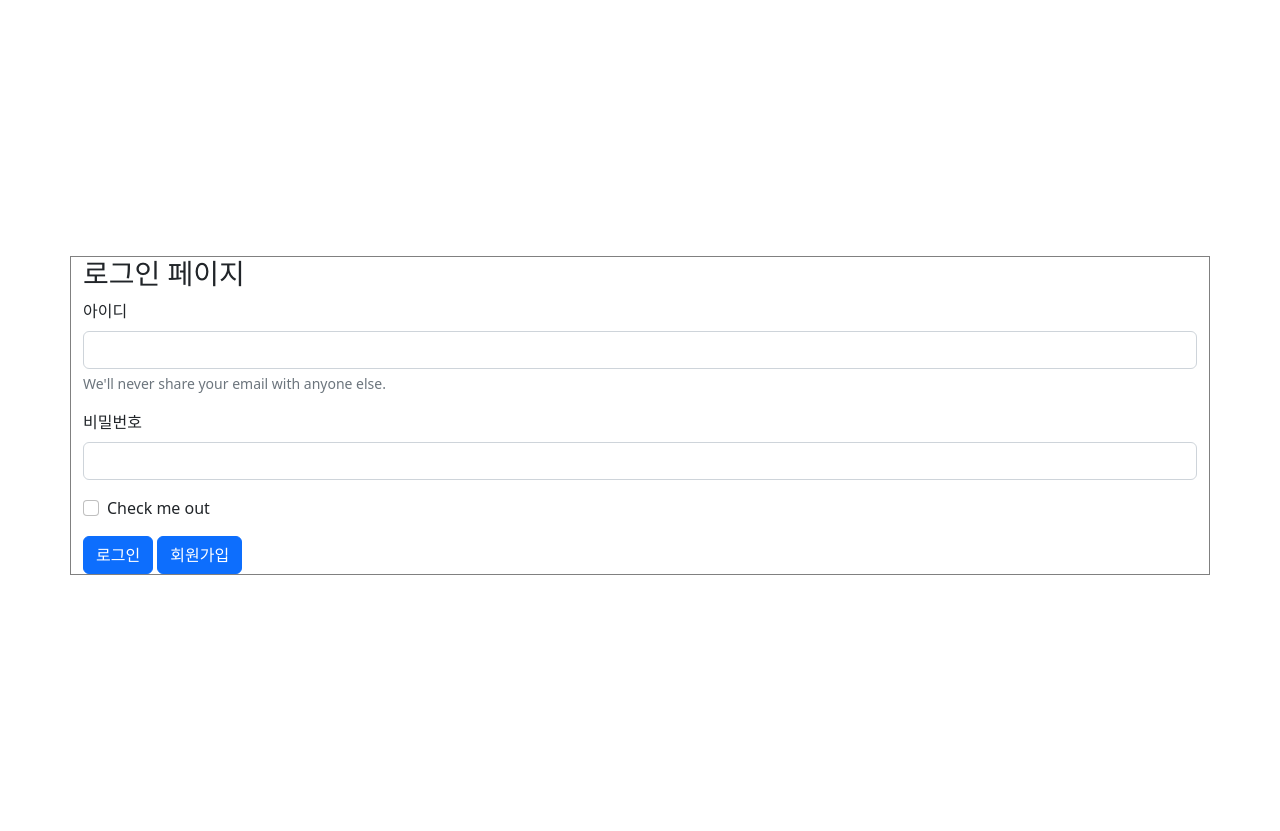
Repository: DNWissac/OJTphp
Page: http://localhost/view/signin.php
An editor plug-in stored every save of this project. The page is shown before and after the next save, followed by the edit.
The browser window is 1280 px wide. The pictures show the whole page.
The page is run by PHP 8.4 with error messages shown; the project is at /var/www/html/.

Above is the page before, as saved 2022-08-05 08:28:16.

After the next save:
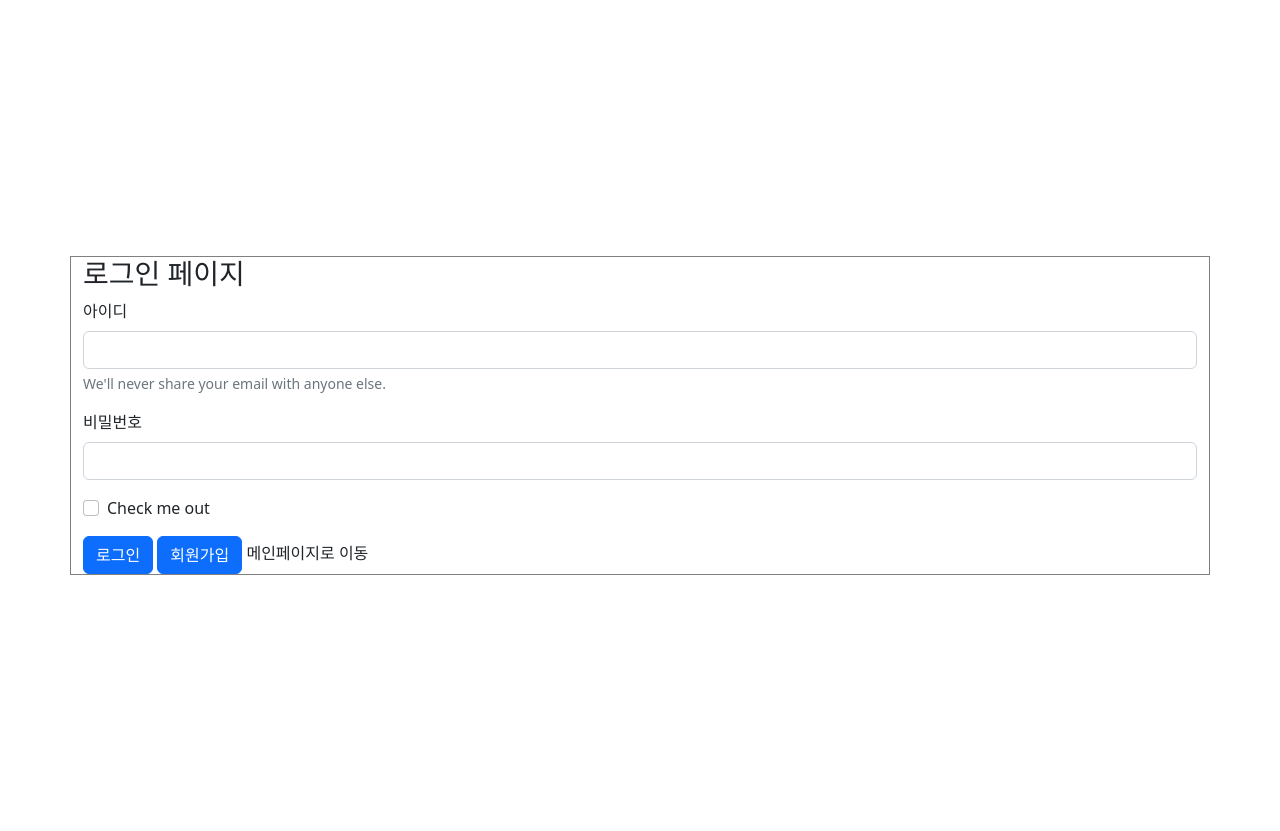
Saved 40 s later.
--- a/Board1/View/signin.php
+++ b/Board1/View/signin.php
@@ -47,7 +47,7 @@ integrity="sha384-A3rJD856KowSb7dwlZdYEkO39Gagi7vIsF0jrRAoQmDKKtQBHUuLZ9AsSv4jD4
     <button type="button" class="btn btn-primary" onclick="location.href='signup.php'">
     	회원가입
     </button>
-    <a ></a>
+    <a>메인페이지로 이동</a>
 </form>
 
 
